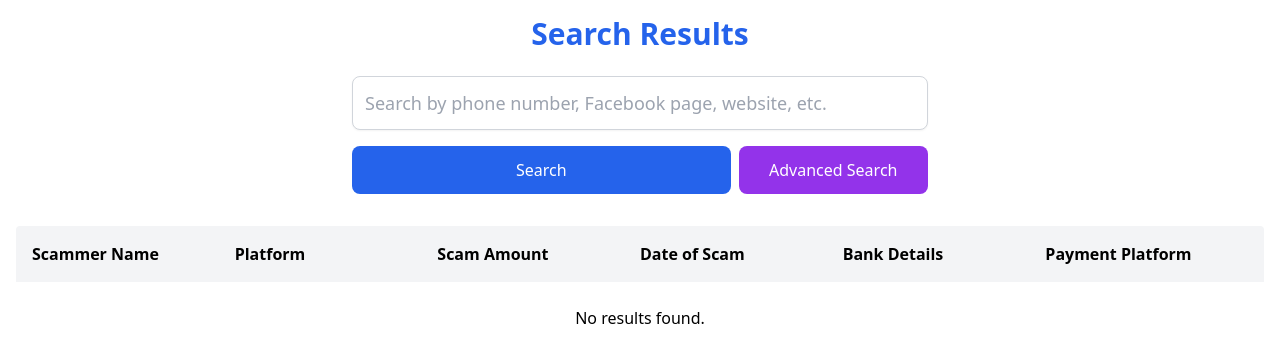
Repository: dev-athar/protarok
Page: /search
The author's editor kept a copy of each file at every save. The page is drawn from the files as they stood at one save, then again after the next save.
The browser window is 1280 px wide. The pictures show the whole page.
The project was rebuilt for these pictures with package versions that can differ from the ones it lists, and the page was loaded fresh each time. Also part of the build but not shown: vite.config.ts, src/pages/RecentScamsList.tsx, src/pages/HomePage.tsx, src/pages/SubmitScamPage.tsx, src/pages/ImageUploader.tsx, src/pages/AdvancedSearchPage.tsx.

Above is the page before, as saved 2025-01-01 14:43:59.

### src/main.tsx
import { StrictMode } from "react";
import { createRoot } from "react-dom/client";
import "./index.css";
// import "./styles.css";
import App from "./App.tsx";

createRoot(document.getElementById("root")!).render(
  <StrictMode>
    <App />
  </StrictMode>
);

### src/App.tsx
// src/App.js
import { BrowserRouter as Router, Routes, Route } from "react-router-dom";
import HomePage from "./pages/HomePage";
import SubmitScamPage from "./pages/SubmitScamPage";
import ImageUploader from "./pages/ImageUploader";
import AdvancedSearchPage from "./pages/AdvancedSearchPage";
import SearchPage from "./pages/SearchPage";

function App() {
  return (
    <Router>
      <Routes>
        <Route path="/" element={<HomePage />} />
        <Route path="/search" element={<SearchPage />} />
        <Route path="/advanced-search" element={<AdvancedSearchPage />} />
        <Route path="/submit-scam" element={<SubmitScamPage />} />
        <Route path="/test" element={<ImageUploader />} />
      </Routes>
    </Router>
  );
}

export default App;

### src/pages/SearchPage.tsx
import React, { useState, useEffect } from "react";
import { useLocation } from "react-router-dom";
import SearchBar from "./SearchBar";
import { supabase } from "../supabase"; // Ensure you have the supabase client setup

const SearchPage = () => {
  const location = useLocation();
  const queryParams = new URLSearchParams(location.search);
  const initialSearchTerm = queryParams.get("query") || "";
  const [searchTerm, setSearchTerm] = useState(initialSearchTerm);
  const [searchResults, setSearchResults] = useState([]);
  const [loading, setLoading] = useState(false);

  useEffect(() => {
    const fetchSearchResults = async () => {
      if (searchTerm.trim() === "") {
        setSearchResults([]);
        return;
      }

      setLoading(true);

      try {
        const { data, error } = await supabase
          .from("scamReports")
          .select(
            "scamProfileName, platform, scamAmount, dateOfScam, bankDetails, paymentPlatform"
          )
          .ilike("scamProfileName", `%${searchTerm}%`);

        if (error) throw error;

        setSearchResults(data);
      } catch (error) {
        console.error("Error fetching search results:", error);
        setSearchResults([]);
      } finally {
        setLoading(false);
      }
    };

    fetchSearchResults();
  }, [searchTerm]);

  const handleSearch = (newSearchTerm) => {
    setSearchTerm(newSearchTerm);
  };

  return (
    <div className="p-4">
      <header className="text-center mb-6">
        <h1 className="text-3xl font-bold text-blue-600">Search Results</h1>
      </header>
      <SearchBar onSearch={handleSearch} initialQuery={searchTerm} />
      <div className="mt-4">
        {/* Table Heading */}
        <div className="grid grid-cols-[1fr_1fr_1fr_1fr_1fr_1fr] font-bold bg-gray-100 p-4 rounded-t">
          <span className="text-left">Scammer Name</span>
          <span className="text-left">Platform</span>
          <span className="text-left">Scam Amount</span>
          <span className="text-left">Date of Scam</span>
          <span className="text-left">Bank Details</span>
          <span className="text-left">Payment Platform</span>
        </div>

        {/* Results as Cards */}
        <div className="flex flex-col gap-4 mt-2">
          {loading ? (
            <p className="text-center p-4">Loading...</p>
          ) : searchResults.length === 0 ? (
            <p className="text-center p-4">No results found.</p>
          ) : (
            searchResults.map((result, index) => (
              <div
                key={index}
                className="border rounded p-4 bg-white shadow-md hover:shadow-lg"
              >
                <div className="grid grid-cols-[1fr_1fr_1fr_1.5fr_1fr_1fr] gap-4">
                  <div className="text-left">
                    <p>{result.scamProfileName}</p>
                  </div>
                  <div className="text-left">
                    <p>{result.platform}</p>
                  </div>
                  <div className="text-left">
                    <p>{result.scamAmount}</p>
                  </div>
                  <div className="text-left">
                    <p>{result.dateOfScam}</p>
                  </div>
                  <div className="text-left">
                    <p>{result.bankDetails}</p>
                  </div>
                  <div className="text-left">
                    <p>{result.paymentPlatform}</p>
                  </div>
                </div>
              </div>
            ))
          )}
        </div>
      </div>
    </div>
  );
};

export default SearchPage;

### src/pages/SearchBar.tsx
// src/components/SearchBar.js
import { useState, useEffect } from "react";
import { useNavigate } from "react-router-dom";

function SearchBar({ initialQuery = "", onSearch }) {
  const [searchTerm, setSearchTerm] = useState(initialQuery);
  const navigate = useNavigate();

  useEffect(() => {
    setSearchTerm(initialQuery);
  }, [initialQuery]);

  const handleSearch = () => {
    if (searchTerm.trim() !== "") {
      navigate(`/search?query=${encodeURIComponent(searchTerm)}`);
      if (onSearch) onSearch(searchTerm);
    }
  };

  const handleAdvancedSearch = () => {
    if (searchTerm.trim() !== "") {
      navigate(`/advanced-search?query=${encodeURIComponent(searchTerm)}`);
      if (onSearch) onSearch(searchTerm);
    }
  };

  return (
    <div className="max-w-xl mx-auto mb-8">
      <input
        type="text"
        className="w-full p-3 text-lg border border-gray-300 rounded-lg shadow-sm focus:outline-none focus:ring-2 focus:ring-blue-500"
        placeholder="Search by phone number, Facebook page, website, etc."
        value={searchTerm}
        onChange={(e) => setSearchTerm(e.target.value)}
        onKeyDown={(e) => e.key === "Enter" && handleSearch()}
      />
      <div className="flex justify-between items-center mt-4">
        <button
          onClick={handleSearch}
          className="w-2/3 bg-blue-600 text-white py-3 px-4 rounded-lg hover:bg-blue-700 transition duration-300 mr-2"
        >
          Search
        </button>
        <button
          onClick={handleAdvancedSearch}
          className="w-1/3 bg-purple-600 text-white py-3 px-4 rounded-lg hover:bg-purple-700 transition duration-300"
        >
          Advanced Search
        </button>
      </div>
    </div>
  );
}

export default SearchBar;

### src/supabase.js
// src/supabase.js
import { createClient } from "@supabase/supabase-js";

// Replace with your Supabase project details
const SUPABASE_URL = "https://sifneaujnvssmmholqep.supabase.co";
const SUPABASE_ANON_KEY =
  "eyJhbGciOiJIUzI1NiIsInR5cCI6IkpXVCJ9.eyJpc3MiOiJzdXBhYmFzZSIsInJlZiI6InNpZm5lYXVqbnZzc21taG9scWVwIiwicm9sZSI6ImFub24iLCJpYXQiOjE3MzU1Nzg3OTYsImV4cCI6MjA1MTE1NDc5Nn0.zF7HMOg0-BrktsjLbYnVq5kqcp5-WHRwPWzEX9ggRew";

export const supabase = createClient(SUPABASE_URL, SUPABASE_ANON_KEY);

### tailwind.config.js
/** @type {import('tailwindcss').Config} */
// export default {
module.exports = {
  content: ["./index.html", "./src/**/*.{js,ts,jsx,tsx}"],
  theme: {
    extend: {},
  },
  plugins: [],
};

Loaded but not shown: index.html (common file); src/index.css (common file)

After the next save:
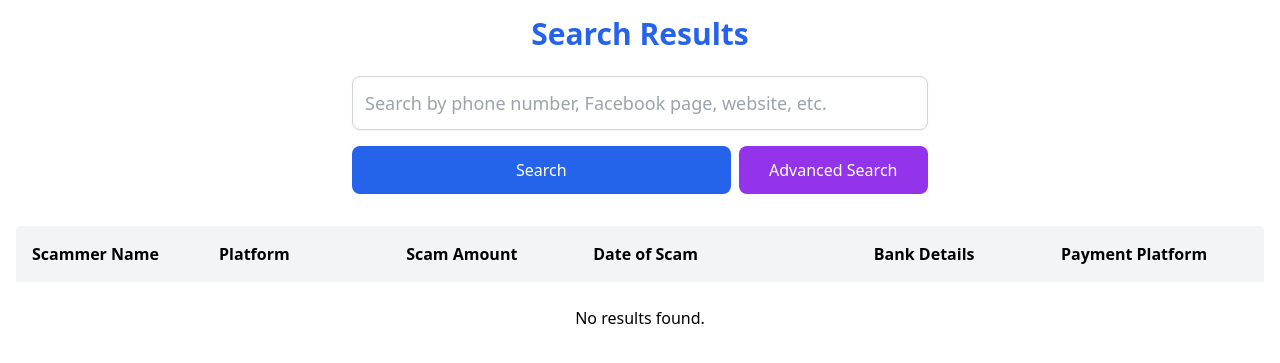
Saved 20 s later.
--- a/src/pages/SearchPage.tsx
+++ b/src/pages/SearchPage.tsx
@@ -54,7 +54,7 @@ const SearchPage = () => {
       <SearchBar onSearch={handleSearch} initialQuery={searchTerm} />
       <div className="mt-4">
         {/* Table Heading */}
-        <div className="grid grid-cols-[1fr_1fr_1fr_1fr_1fr_1fr] font-bold bg-gray-100 p-4 rounded-t">
+        <div className="grid grid-cols-[1fr_1fr_1fr_1.5fr_1fr_1fr] font-bold bg-gray-100 p-4 rounded-t">
           <span className="text-left">Scammer Name</span>
           <span className="text-left">Platform</span>
           <span className="text-left">Scam Amount</span>
